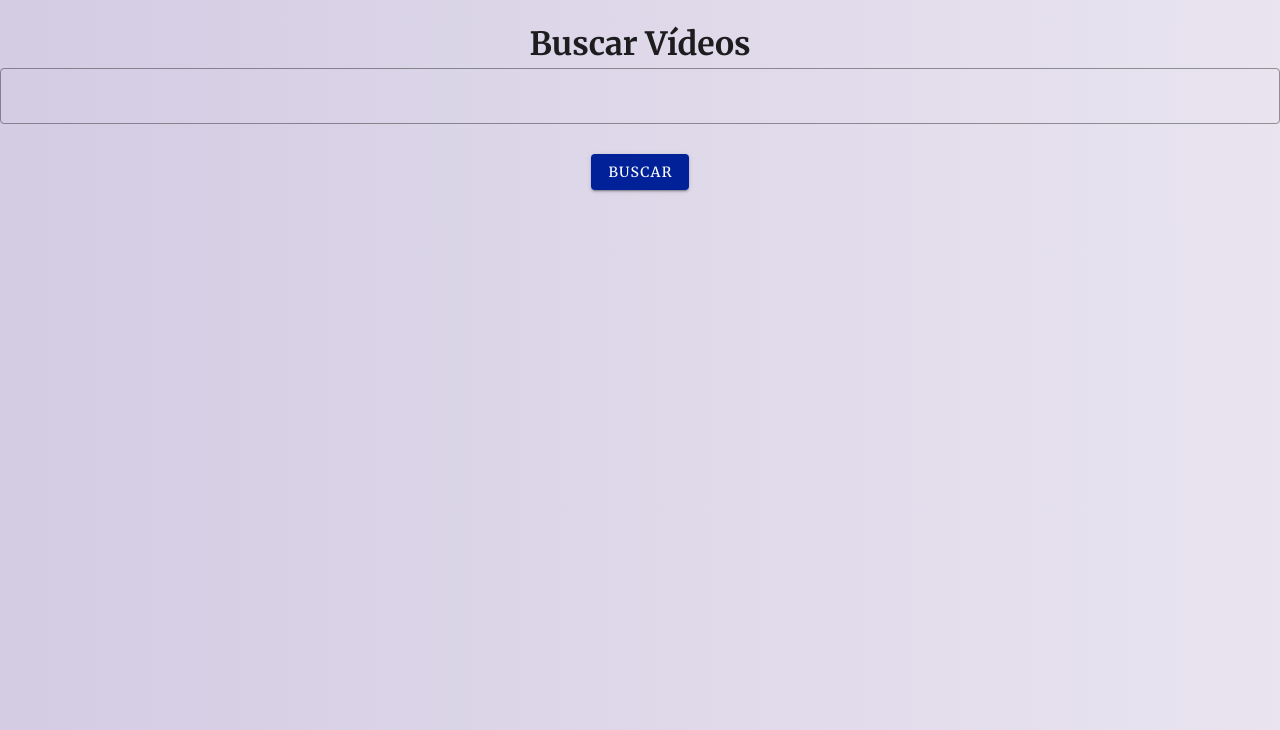
Repository: LucianoBitt/testVertex
Page: /
The author's editor kept a copy of each file at every save. The page is drawn from the files as they stood at one save, then again after the next save.
The browser window is 1280 px wide. The pictures show the whole page.
The project was rebuilt for these pictures with package versions that can differ from the ones it lists, and the page was loaded fresh each time. Also part of the build but not shown: vue.config.js, src/plugins/api/conectApi.js, src/plugins/mixins/MixinBuscaApi.js, src/style/app.styl, src/style/resetStyles.styl.

Above is the page before, as saved 2024-01-23 10:27:25.

After the next save:
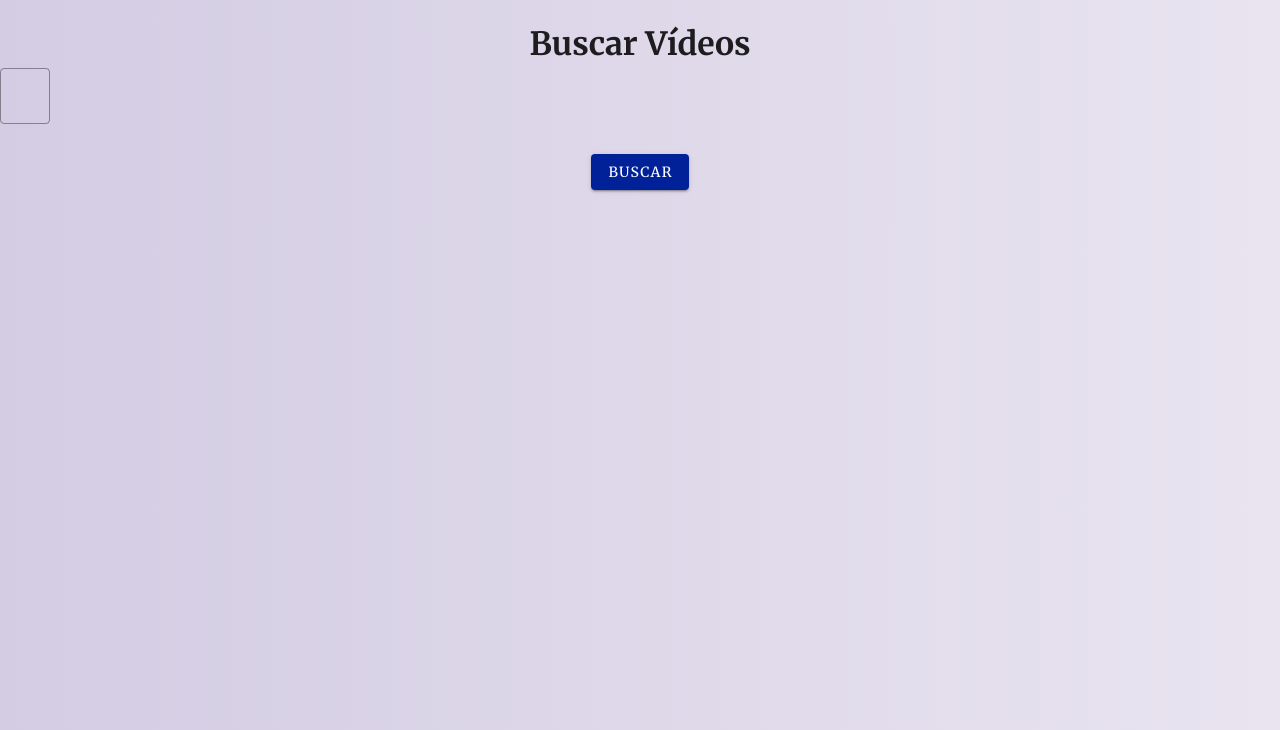
Saved 30 s later.
--- a/src/App.vue
+++ b/src/App.vue
@@ -81,10 +81,10 @@ export default {
 	display: flex;
   justify-content: center;
   flex-wrap: wrap;
+}
 
-.v-text-field {
-
-  }
+.v-text-field{
+  width: 50px;
 }
 </style>
 
